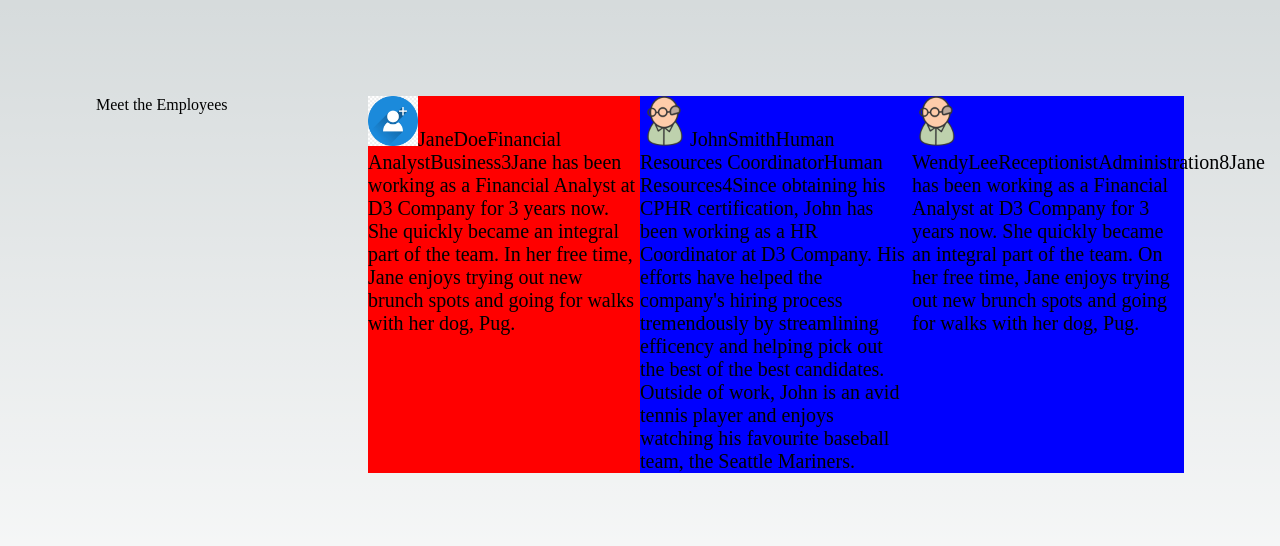
Repository: cheungglenda/MDIA2109-Week3
Page: /about
The author's editor kept a copy of each file at every save. The page is drawn from the files as they stood at one save, then again after a run of saves.
The browser window is 1280 px wide. The pictures show the whole page.
The project was rebuilt for these pictures with package versions that can differ from the ones it lists, and the page was loaded fresh each time. The framework's server and built-in components were replaced by stand-ins that run in the browser. Also part of the build but not shown: next.config.js.

Above is the page before, as saved 2023-01-19 17:27:30.

### pages/about.js
import Head from 'next/head'
import { Inter } from '@next/font/google'
import styles from '@/styles/Home.module.css'
import aboutData from '../data/about.json'
import { useState } from 'react'
import EmployeeCard  from '../components/EmployeeCard'
import Link from 'next/link'

export default function About() {

    const [aboutEmployees, setAboutEmployees] = useState([...aboutData])
    console.log(aboutData)
    return (
   <>
      <Head>
        <title>About Page</title>
        <meta name="description" content="Meet the Employees" />
        <meta name="viewport" content="width=device-width, initial-scale=1" />
        <link rel="icon" href="/favicon.ico" />
      </Head>
      <main className={styles.main}>

        <div className={styles.grid}>
          <div>Meet the Employees</div>
          {aboutEmployees && aboutEmployees.map((info, index) => {
            if(info.firstName.toLowerCase() === "jane") {
            return (
              <EmployeeCard
              key={index}
              firstname={info.firstName}
              lastname={info.lastName}
              jobtitle={info.jobTitle}
              department={info.department}
              yearsworked={info.yearsWorked}
              description={info.description}
              color="red" font="20px"/>
            )
          }
          })}

          {aboutEmployees && aboutEmployees.map((info, index) => {
            if(info.firstName.toLowerCase() === "john") {
            return (
              <EmployeeCard
              key={index}
              firstname={info.firstName}
              lastname={info.lastName}
              jobtitle={info.jobTitle}
              department={info.department}
              yearsworked={info.yearsWorked}
              description={info.description}
              color="blue" font="20px"/>
            )
          }
          })}

          {aboutEmployees && aboutEmployees.map((info, index) => {
            if(info.firstName.toLowerCase() === "wendy") {
            return (
              <EmployeeCard
              key={index}
              firstname={info.firstName}
              lastname={info.lastName}
              jobtitle={info.jobTitle}
              department={info.department}
              yearsworked={info.yearsWorked}
              description={info.description}
              color="blue" font="20px"/>
            )
          }
          })}
        </div>
      </main>
    </>
  )
}

### data/about.json
[
    {
        "firstName": "Jane",
        "lastName": "Doe",
        "department": "Business",
        "jobTitle": "Financial Analyst",
        "yearsWorked": 3,
        "description": "Jane has been working as a Financial Analyst at D3 Company for 3 years now. She quickly became an integral part of the team. In her free time, Jane enjoys trying out new brunch spots and going for walks with her dog, Pug."
    },
    {
        "firstName": "John",
        "lastName": "Smith",
        "department": "Human Resources",
        "jobTitle": "Human Resources Coordinator",
        "yearsWorked": 4,
        "description": "Since obtaining his CPHR certification, John has been working as a HR Coordinator at D3 Company. His efforts have helped the company's hiring process tremendously by streamlining efficency and helping pick out the best of the best candidates. Outside of work, John is an avid tennis player and enjoys watching his favourite baseball team, the Seattle Mariners."

    },
    {
        "firstName": "Wendy",
        "lastName": "Lee",
        "department": "Administration",
        "jobTitle": "Receptionist",
        "yearsWorked": 8,
        "description": "Jane has been working as a Financial Analyst at D3 Company for 3 years now. She quickly became an integral part of the team. On her free time, Jane enjoys trying out new brunch spots and going for walks with her dog, Pug."

    }
]

### components/EmployeeCard/index.js
export default function EmployeeCard({
    firstname = "none",
    lastname = "none",
    department = "none",
    jobtitle = "none",
    yearsworked = 0,
    description = "none",
    color = "pink",
    font = "O",
    image = "icon/personTwo.png"
}) {
    return (
        <div style={{backgroundColor: color, fontSize: font}}>
            {
                color === "pink" ? <img src={'icon/person.png'} width="50"/> :
                color === "blue" ? <img src={'icon/personThree.png'} width="50"/> :
                <img src={image} width="50"/>
            }
            {firstname}
            {lastname}
            {jobtitle}
            {department}
            {yearsworked}
            {description}
        </div>
    )
}

Loaded but not shown: pages/_app.js (common file); pages/_document.js (common file); pages/api/hello.js (common file); styles/globals.css (common file); styles/Home.module.css (common file)

After the next 2 saves:
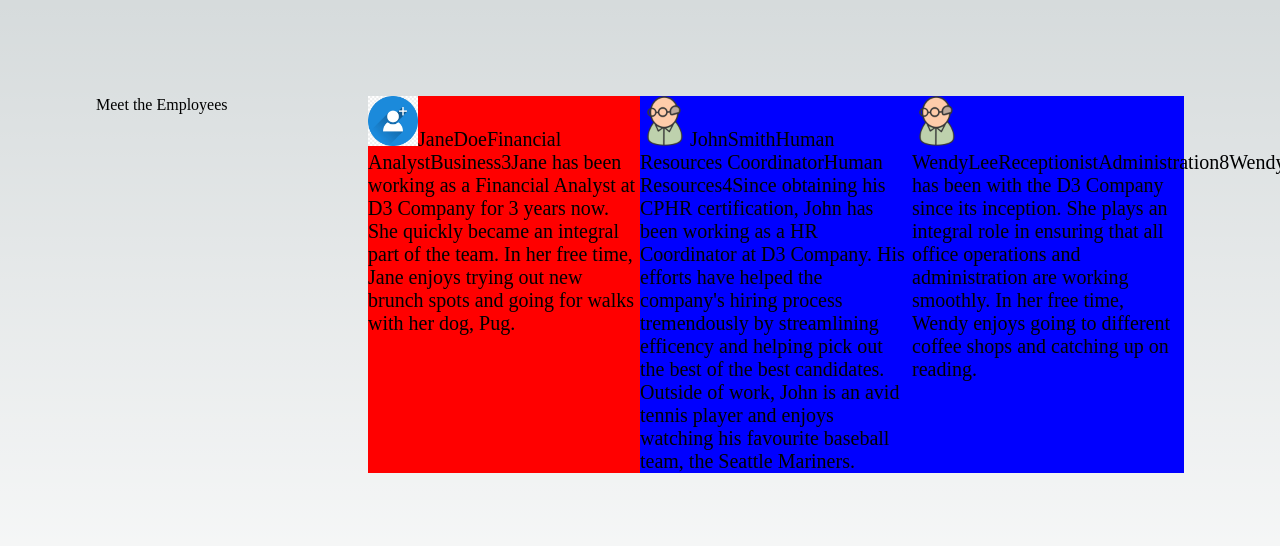
The 2 saves are shown as one change because they came seconds apart.
The last was saved 92 s later.
--- a/data/about.json
+++ b/data/about.json
@@ -22,7 +22,7 @@
         "department": "Administration",
         "jobTitle": "Receptionist",
         "yearsWorked": 8,
-        "description": "Jane has been working as a Financial Analyst at D3 Company for 3 years now. She quickly became an integral part of the team. On her free time, Jane enjoys trying out new brunch spots and going for walks with her dog, Pug."
+        "description": "Wendy has been with the D3 Company since its inception. She plays an integral role in ensuring that all office operations and administration are working smoothly. In her free time, Wendy enjoys going to different coffee shops and catching up on reading."
 
     }
 ]
